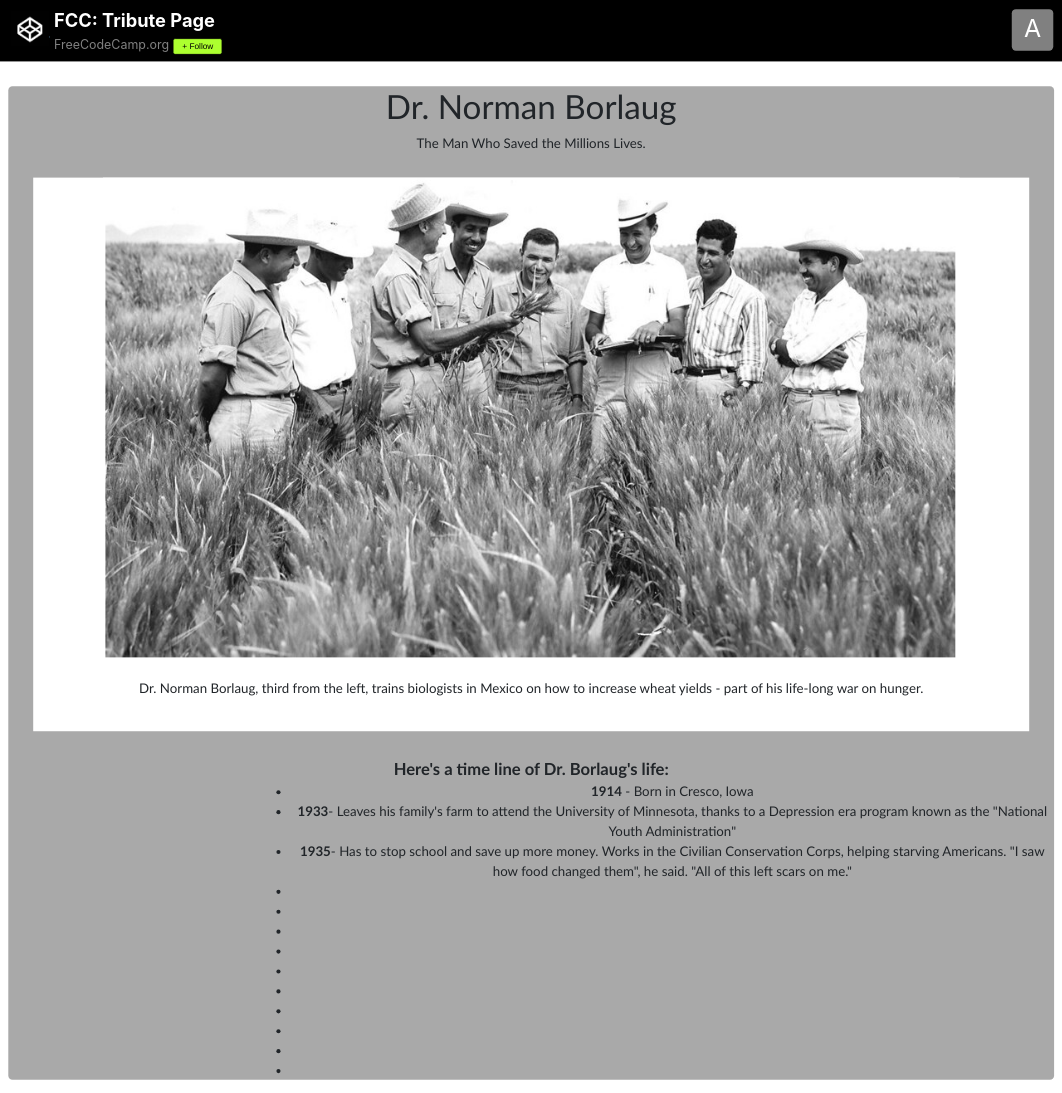
Repository: AbdulWahabRaza123/tributePage
Page: index.html
An editor plug-in stored every save of this project. The page is shown before and after the next save, followed by the edit.
The browser window is 1280 px wide. The pictures show the whole page, at 83% of full size.

Above is the page before, as saved 2021-09-02 16:48:27.

### index.html
<!doctype html>
<html lang="en">

<head>
    <!-- Required meta tags -->
    <meta charset="utf-8">
    <meta name="viewport" content="width=device-width, initial-scale=1, shrink-to-fit=no">

    <!-- Bootstrap CSS -->
    <link rel="stylesheet" href="https://cdn.jsdelivr.net/npm/bootstrap@4.6.0/dist/css/bootstrap.min.css" integrity="sha384-B0vP5xmATw1+K9KRQjQERJvTumQW0nPEzvF6L/Z6nronJ3oUOFUFpCjEUQouq2+l" crossorigin="anonymous">

    <title>FCC: Tribute Page</title>
    <link rel="stylesheet" href="new.css">

</head>

<body>
    <header id="Nav">
        <div class="A-Button">
            <center><a href="#" id="A-Link">A</a></center>
        </div>
        <img id="image" src="logo.PNG " alt="Logo " width:4px height:4px>
        <div class="Web-Name">
            <b>FCC: Tribute Page</b>
        </div>

        <a href="#" id="Web-Link">FreeCodeCamp.org</a>
        <button id="follow-button">+ Follow</button>

    </header>
    <main id="main">

        <h1 id="title">Dr. Norman Borlaug</h1>
        The Man Who Saved the Millions Lives.

        <div id="img-div">
            <img div="image" src="img.PNG" alt="Picture">
            <p div="img-caption"><br>Dr. Norman Borlaug, third from the left, trains biologists in Mexico on how to increase wheat yields - part of his life-long war on hunger.</p><br>
        </div>
        <div id="tribute-info">
            <b id="Heading">Here's a time line of Dr. Borlaug's life:</b>
            <ul id="Lists">
                <li><strong>1914</strong> - Born in Cresco, Iowa</li>
                <li><strong>1933</strong>- Leaves his family's farm to attend the University of Minnesota, thanks to a Depression era program known as the "National Youth Administration"</li>
                <li><strong>1935</strong>- Has to stop school and save up more money. Works in the Civilian Conservation Corps, helping starving Americans. "I saw how food changed them", he said. "All of this left scars on me."</li>
                <li><strong></strong></li>
                <li><strong></strong></li>
                <li><strong></strong></li>
                <li><strong></strong></li>
                <li><strong></strong></li>
                <li><strong></strong></li>
                <li><strong></strong></li>
                <li><strong></strong></li>
                <li><strong></strong></li>
                <li><strong></strong></li>
            </ul>
        </div>

    </main>
    <!-- Optional JavaScript; choose one of the two! -->

    <!-- Option 1: jQuery and Bootstrap Bundle (includes Popper) -->
    <script src="https://code.jquery.com/jquery-3.5.1.slim.min.js " integrity="sha384-DfXdz2htPH0lsSSs5nCTpuj/zy4C+OGpamoFVy38MVBnE+IbbVYUew+OrCXaRkfj " crossorigin="anonymous "></script>
    <script src="https://cdn.jsdelivr.net/npm/bootstrap@4.6.0/dist/js/bootstrap.bundle.min.js " integrity="sha384-Piv4xVNRyMGpqkS2by6br4gNJ7DXjqk09RmUpJ8jgGtD7zP9yug3goQfGII0yAns " crossorigin="anonymous "></script>

    <!-- Option 2: Separate Popper and Bootstrap JS -->
    <!--
    <script src="https://code.jquery.com/jquery-3.5.1.slim.min.js " integrity="sha384-DfXdz2htPH0lsSSs5nCTpuj/zy4C+OGpamoFVy38MVBnE+IbbVYUew+OrCXaRkfj " crossorigin="anonymous "></script>
    <script src="https://cdn.jsdelivr.net/npm/popper.js@1.16.1/dist/umd/popper.min.js " integrity="sha384-9/reFTGAW83EW2RDu2S0VKaIzap3H66lZH81PoYlFhbGU+6BZp6G7niu735Sk7lN " crossorigin="anonymous "></script>
    <script src="https://cdn.jsdelivr.net/npm/bootstrap@4.6.0/dist/js/bootstrap.min.js " integrity="sha384-+YQ4JLhjyBLPDQt//I+STsc9iw4uQqACwlvpslubQzn4u2UU2UFM80nGisd026JF " crossorigin="anonymous "></script>
    -->
</body>

</html>

### new.css
header {
    background-color: black;
    padding: 8px;
    margin-bottom: 30px;
}

#image {
    float: left;
    margin-top: 8px;
}

.Web-Name {
    color: white;
    font-size: 22px;
    margin: 0px;
}

#Web-Link {
    color: white;
    opacity: 0.5;
    margin: 0px;
    font-size: 15px;
}

#Web-Link:hover {
    text-decoration: none;
    opacity: 1;
}

#follow-button {
    color: black;
    font-family: "Helvetica";
    font-size: 10px;
    background-color: greenyellow;
    border: 1px solid;
    border-color: black;
    border-radius: 3px;
    width: 60px;
    height: 20px;
    top: 50px;
    left: 50px;
    cursor: hand;
}

.A-Button {
    width: 50px;
    height: 50px;
    background-color: grey;
    float: right;
    font-size: 30px;
    border: 5px white;
    border-radius: 5px;
    margin: 3px;
}

#A-Link {
    text-decoration: none;
    color: white;
}

#A-Link:hover {
    text-decoration: none;
    color: black;
}

#main {
    background-color: darkgrey;
    margin: 10px;
    border: 5px black;
    border-radius: 5px;
    text-align: center;
    font-family: 'Gill Sans', 'Gill Sans MT', Calibri, 'Trebuchet MS', sans-serif;
}

#img-div {
    margin: 30px;
    background-color: white;
}

#image {
    margin: 5px;
}

#img-caption {
    padding-bottom: 20px;
}

#Heading {
    font-size: 20px;
    margin: 50px;
}

#Lists {
    margin-left: 300px;
}

After the next save:
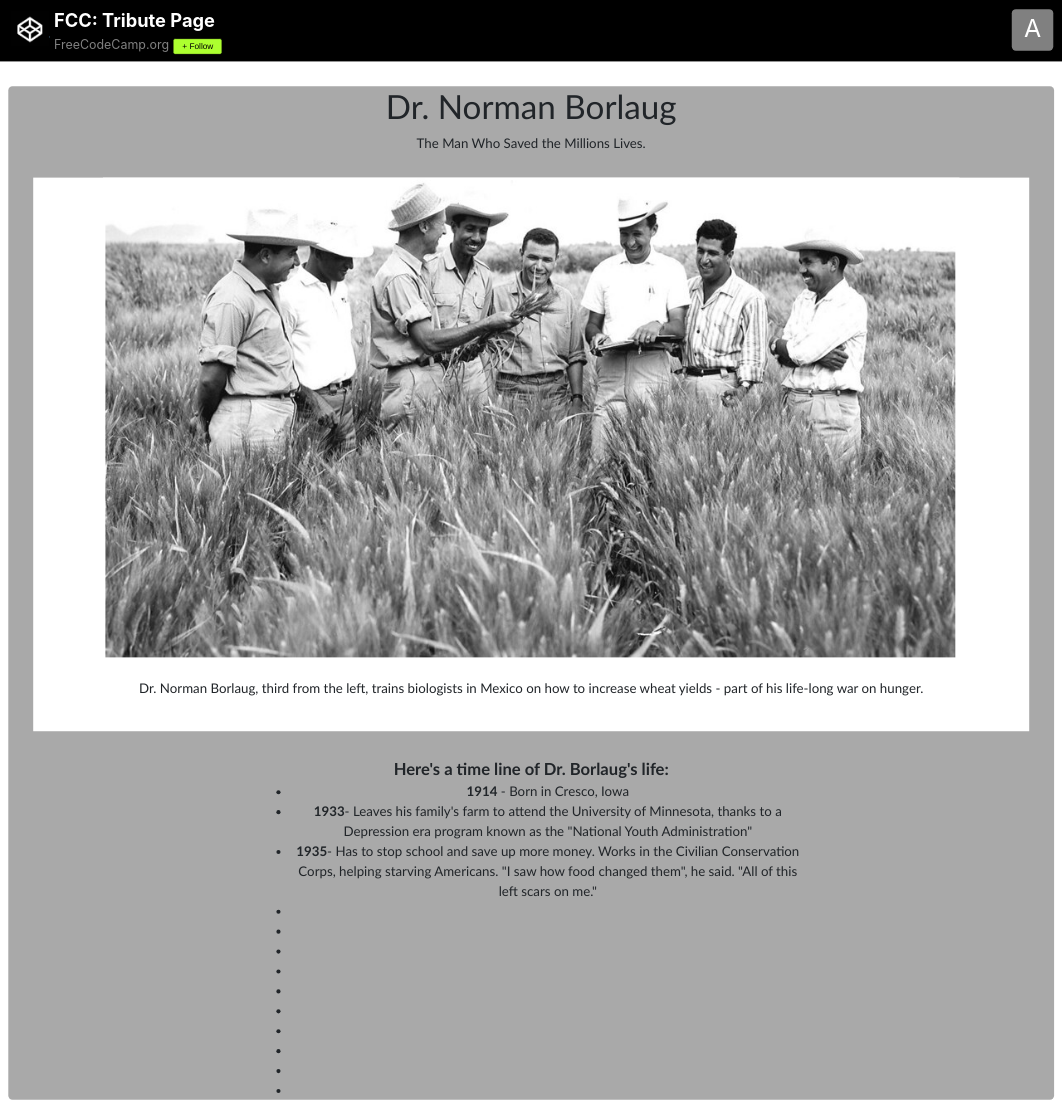
Saved 17 s later.
--- a/new.css
+++ b/new.css
@@ -92,4 +92,5 @@
 
 #Lists {
     margin-left: 300px;
+    margin-right: 300px;
 }
